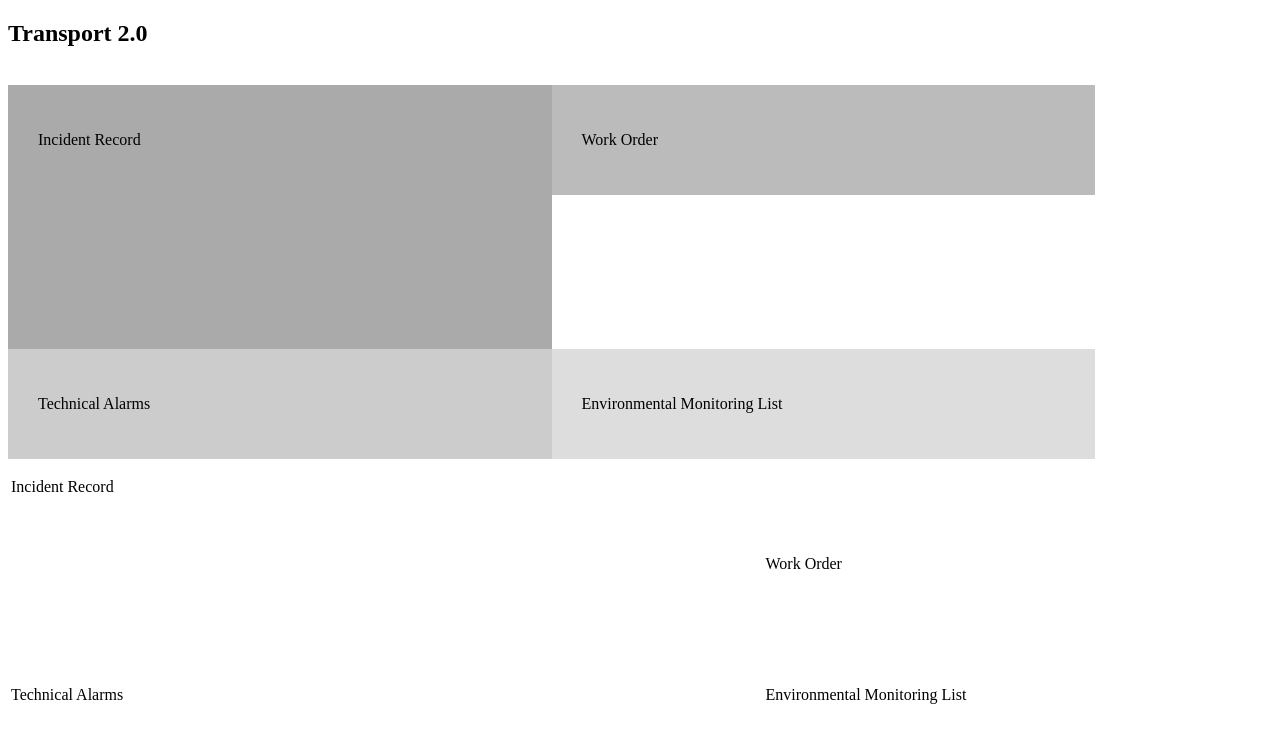
Repository: manjuladevadoss/DemoProject
Page: Eclipseworkspace/DemoPro/html/CCDisplay.html
These files come from the project's save history. The page is drawn as it stood at one moment and after the next save; the edit follows.
The browser window is 1280 px wide. The pictures show the whole page.

Above is the page before, as saved 2019-02-19 09:13:51.

### Eclipseworkspace/DemoPro/html/CCDisplay.html
<!DOCTYPE html>
<html>
<head>
<link rel="stylesheet" href="https://cdnjs.cloudflare.com/ajax/libs/font-awesome/4.7.0/css/font-awesome.min.css">
<style>
* {
  box-sizing: border-box;
}

/* Create two equal columns that floats next to each other */
.column {
  float: left;
  width: 43%;
  padding: 30px;
}

/* Clear floats after the columns */
.row:after {
  content: "";
  display: table;
  clear: both;
}
/* Style the buttons */
.btn {
  border: none;
  outline: none;
  padding: 25px 30px;
  background-color: #f1f1f1;
  cursor: pointer;
}

.btn:hover {
  background-color: #ddd;
}

.btn.active {
  background-color: #666;
  color: white;
}
</style>
</head>
<body>

<h2>Transport 2.0</h2>

<br>

<div class="row">
  <div class="column" style="background-color:#aaa;">
  <p>Incident Record</p>
  <embed type="text/html" src="C:/Users/mdevadoss/workspace/DemoPro/html/incidentDisplayTbl.html">
  </div>
  <div class="column" style="background-color:#bbb;">
  <p>Work Order</p>
  </div>
</div>

<div class="row">
  <div class="column" style="background-color:#ccc;">
    <p>Technical Alarms</p>
  </div>
  <div class="column" style="background-color:#ddd;">
    <p>Environmental Monitoring List</p>
  </div>

</div>


<table width="100%">
<tr>
	<td>
  <p>Incident Record</p>
  <embed type="text/html" src="C:/Users/mdevadoss/workspace/DemoPro/html/incidentDisplayTbl.html">
 </td>
	<td>
  <p>Work Order</p>
  </td>
</tr>
<tr>
	<td>
    <p>Technical Alarms</p>
</td>
	<td>
    <p>Environmental Monitoring List</p>
 </td>
</tr>
</table>


</body>
</html>

After the next save:
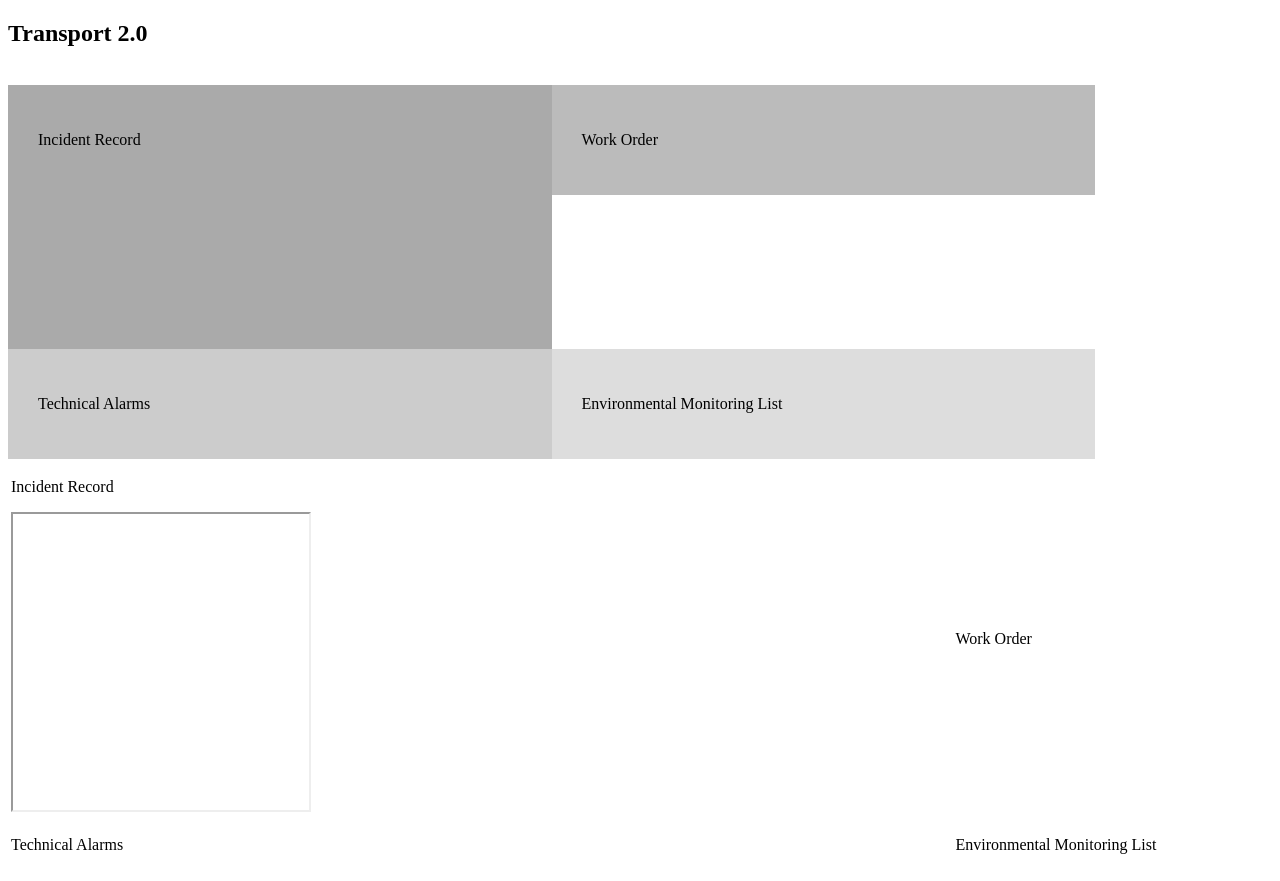
Saved 4 min 9 s later.
--- a/Eclipseworkspace/DemoPro/html/CCDisplay.html
+++ b/Eclipseworkspace/DemoPro/html/CCDisplay.html
@@ -70,6 +70,7 @@
 <tr>
 	<td>
   <p>Incident Record</p>
+  <iframe width="300px" height="300"></iframe>
   <embed type="text/html" src="C:/Users/mdevadoss/workspace/DemoPro/html/incidentDisplayTbl.html">
  </td>
 	<td>
